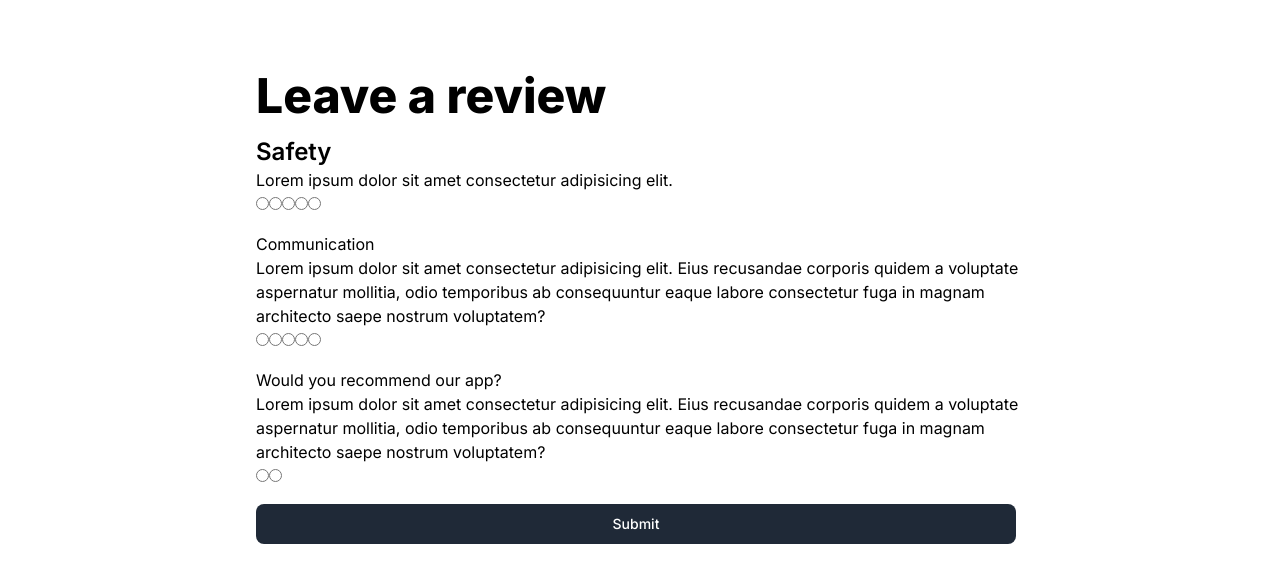
Repository: akankshaajoshi/review-form
Page: /review
These files come from the project's save history. The page is drawn as it stood at one moment and after the next save; the edit follows.
The browser window is 1280 px wide. The pictures show the whole page.
The project was rebuilt for these pictures with package versions that can differ from the ones it lists, and the page was loaded fresh each time. The framework's server and built-in components were replaced by stand-ins that run in the browser. Also part of the build but not shown: next.config.mjs.

Above is the page before, as saved 2024-05-25 12:35:04.

After the next save:
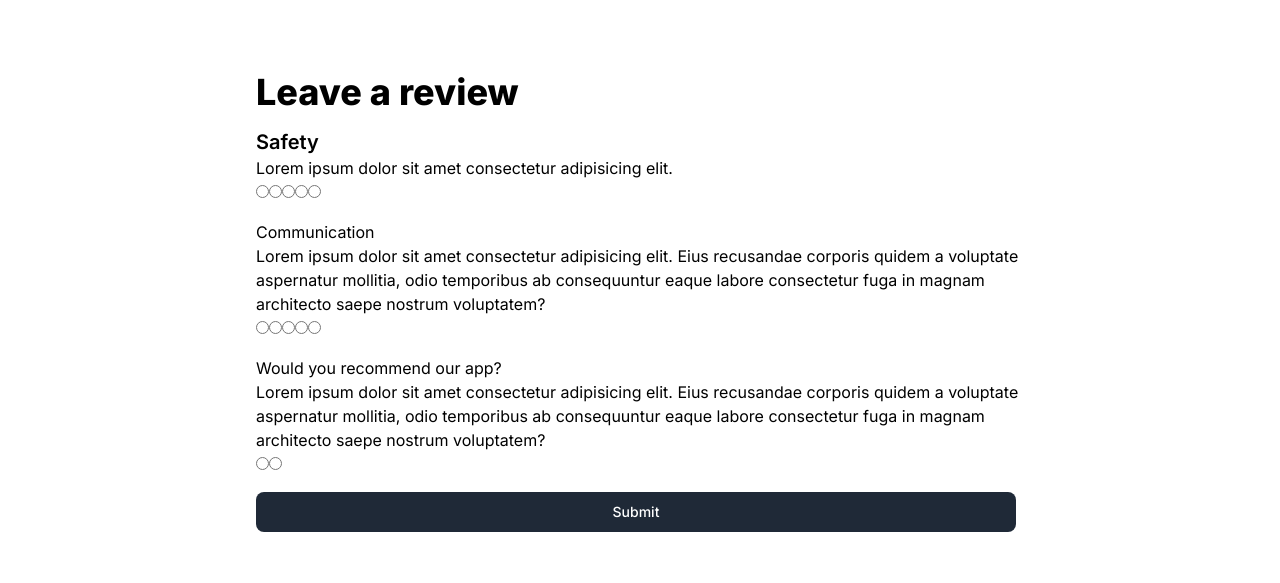
Saved 8 s later.
--- a/app/(routes)/review/page.tsx
+++ b/app/(routes)/review/page.tsx
@@ -21,11 +21,11 @@ export default function Review(){
     return (
         <div className="flex flex-col items-center w-[100vw] h-[100vh]">
             <div className="flex flex-col gap-y-4 items-left mt-[10vh] h-[80vh] w-[60vw]">
-            <h2 className="text-5xl font-extrabold">Leave a review</h2>
+            <h2 className="text-4xl font-extrabold">Leave a review</h2>
             {state?.message}
             <form action={formAction} className="flex flex-col gap-y-4">
                 <fieldset>
-                    <label htmlFor="safety" className="text-2xl font-semibold">Safety</label>
+                    <label htmlFor="safety" className="text-xl font-semibold">Safety</label>
                     <p>Lorem ipsum dolor sit amet consectetur adipisicing elit. </p>
                     {ratings.map((item, index) =>{
                         return (
